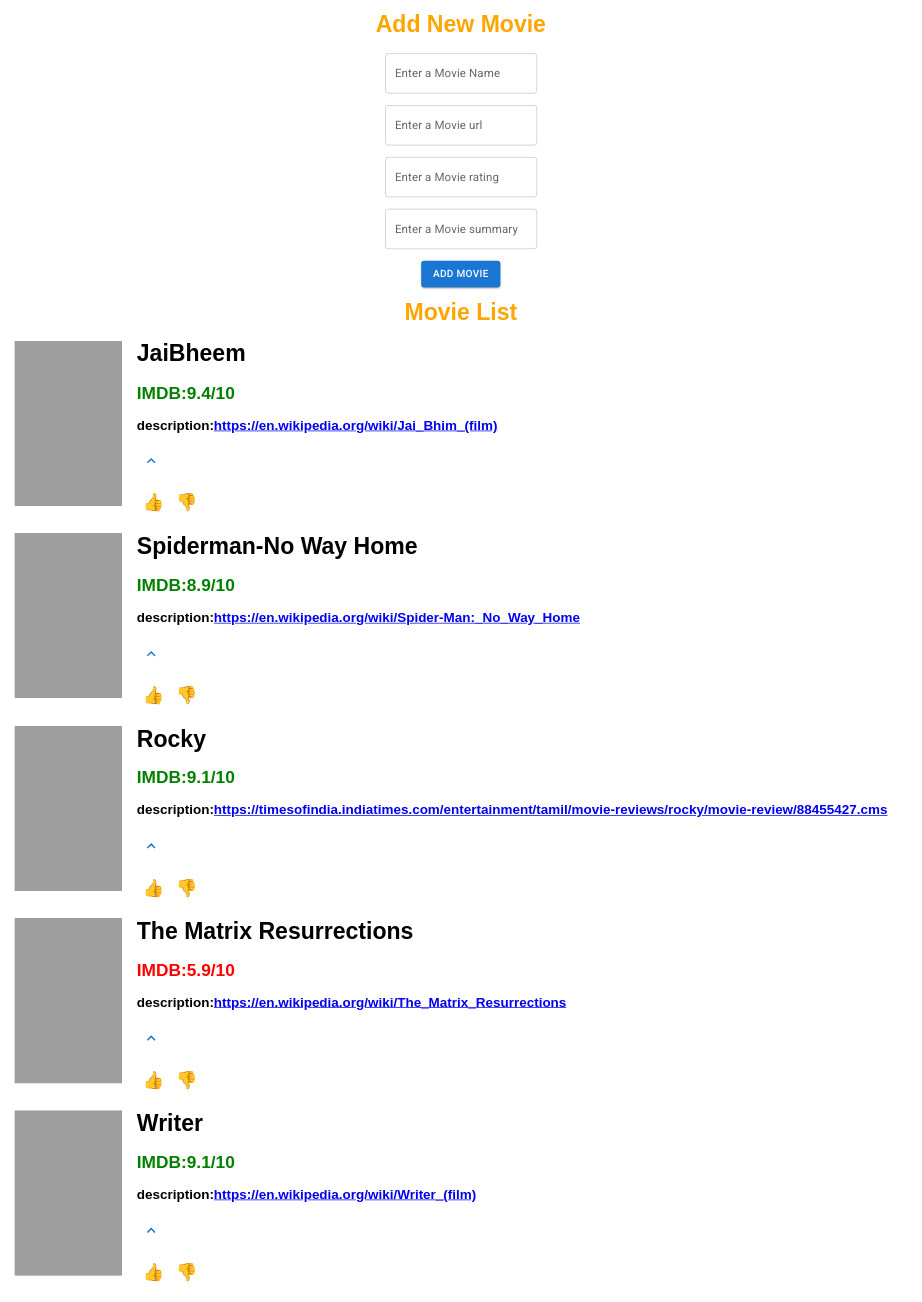
Repository: baladhinesh18/first-app
Page: /AddColor
An editor plug-in stored every save of this project. The page is shown before and after the next save, followed by the edit.
The browser window is 1280 px wide. The pictures show the whole page, at 72% of full size.
Pictures or frames that could not be fetched are drawn as grey boxes. The project was rebuilt for these pictures with package versions that can differ from the ones it lists, and the page was loaded fresh each time.

Above is the page before, as saved 2022-01-31 15:08:19.

After the next save:
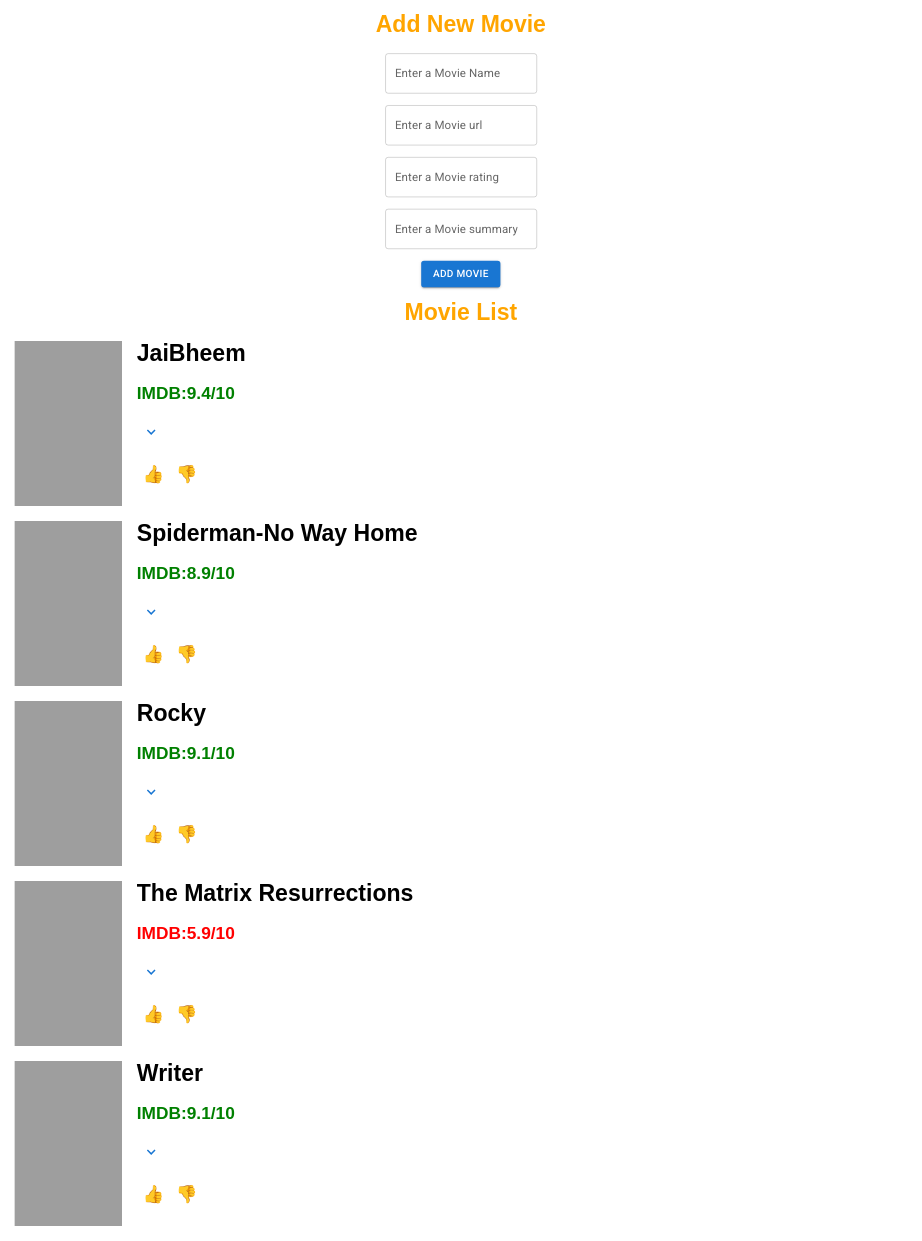
Saved 4 min 10 s later.
--- a/src/App.js
+++ b/src/App.js
@@ -9,7 +9,7 @@
 
 export function Starting({ nme, ur,rat,des }) {
 const styles={color: rat>=8.5? "green":"red"};
-const[isHide,setIsHide]=useState(true);
+const[isHide,setIsHide]=useState(false);
 
   return (
     <div>
